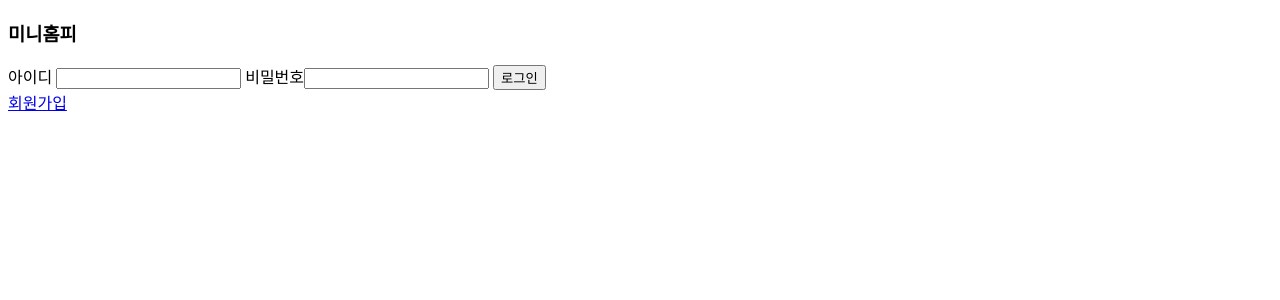
Repository: hyunhee7/web_work
Page: http://localhost/Step18_BoardMyBatis/views/home.jsp
An editor plug-in stored every save of this project. The page is shown before and after the next save, followed by the edit.
The browser window is 1280 px wide. The pictures show the whole page.
The page is served by Tomcat 9. Nobody is signed in. The application's start-up code is not run.

Above is the page before, as saved 2017-07-14 02:45:04.

### Step18_BoardMyBatis/WebContent/views/home.jsp
<%@ page language="java" contentType="text/html; charset=UTF-8"
    pageEncoding="UTF-8"%>
<%@taglib uri="http://java.sun.com/jsp/jstl/core"  prefix="c"%>
<!DOCTYPE html>
<html>
<head>
<meta charset="UTF-8">
<title>views/home.jsp</title>
</head>
<body>
<h3>미니홈피</h3>
	<%
	String id=(String)session.getAttribute("id");
	%>
	<c:choose>
		<c:when test="${ not empty id }">
			<p><strong>${id }</strong>님 로그인중..</p>
			<a href="${pageContext.request.contextPath }/board/list.do">방명록 리스트 보기</a>
			<a href="logout.jsp">로그아웃</a>
		</c:when>
		<c:otherwise>
			<form action="signin.jsp" method="post">
				아이디 <input type="text" name="id" />
				비밀번호<input type="text" name="id" />
				<button type="submit">로그인</button>
			</form>
			<a href="${pageContext.request.contextPath }/users/signupform.do">회원가입</a>
		</c:otherwise>
	</c:choose>

</body>
</html>

After the next save:
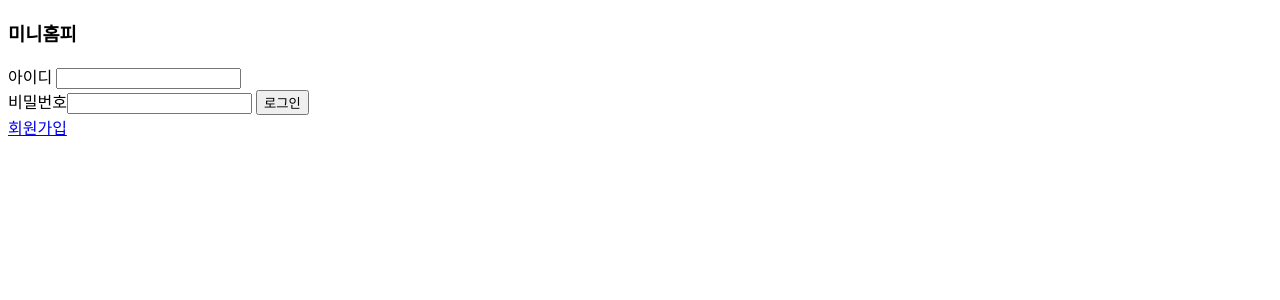
Saved 7 s later.
--- a/Step18_BoardMyBatis/WebContent/views/home.jsp
+++ b/Step18_BoardMyBatis/WebContent/views/home.jsp
@@ -20,7 +20,7 @@
 		</c:when>
 		<c:otherwise>
 			<form action="signin.jsp" method="post">
-				아이디 <input type="text" name="id" />
+				아이디 <input type="text" name="id" /><br />
 				비밀번호<input type="text" name="id" />
 				<button type="submit">로그인</button>
 			</form>
